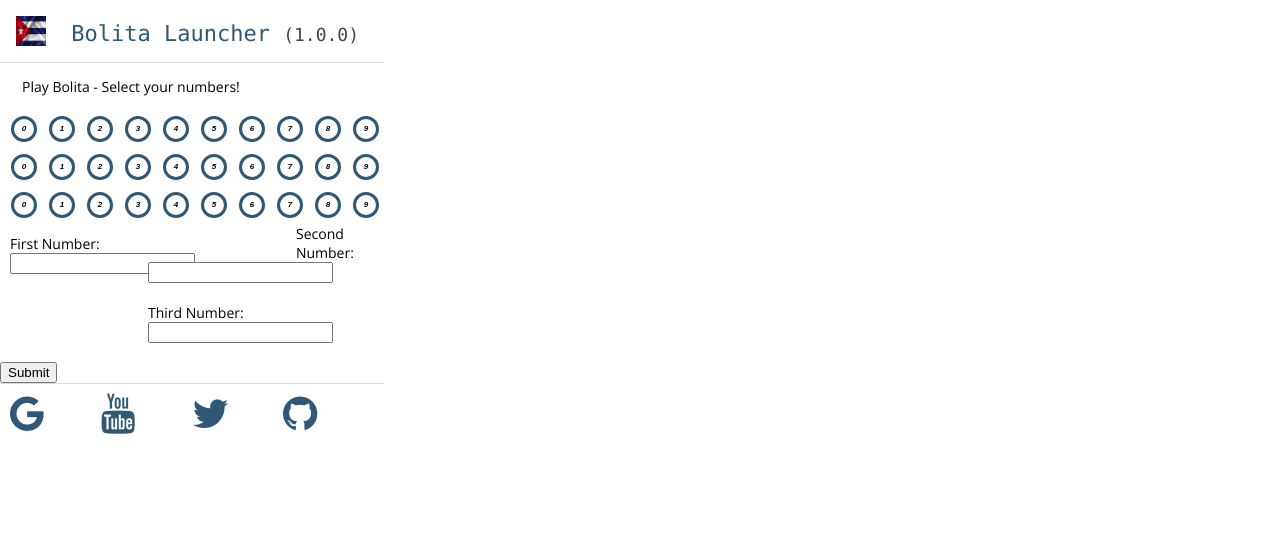
Repository: markymark617/BolitaChromeExtension
Page: popup.html
These files come from the project's save history. The page is drawn as it stood at one moment and after the next save; the edit follows.
The browser window is 1280 px wide. The pictures show the whole page.

Above is the page before, as saved 2020-09-06 14:27:19.

### popup.html
<!DOCTYPE html>
<html lang="en">
<head>
    <meta charset="UTF-8">
    <meta name="viewport" content="width=device-width, initial-scale=1.0">
    <meta http-equiv="X-UA-Compatible" content="ie=chrome">
    <title>Bolita Launcher</title>
    <link rel="stylesheet" href="https://fonts.googleapis.com/css?family=Open+Sans" type="text/css">
    <link rel="stylesheet" href="popup.css">
    <link href="https://maxcdn.bootstrapcdn.com/font-awesome/4.7.0/css/font-awesome.min.css" rel="stylesheet" integrity="sha384-wvfXpqpZZVQGK6TAh5PVlGOfQNHSoD2xbE+QkPxCAFlNEevoEH3Sl0sibVcOQVnN" crossorigin="anonymous"/>

</head>

<body>
    <div class="modal-header">
        <h1 class="logo">
            <img src="images/bolita_logo.png" alt="Bolita_Launcher_logo" class="logo-icon"> Bolita Launcher <span class="version">(1.0.0)</span>
        </h1>
    </div>
    <div class="modal-content">
        <p>Play Bolita - Select your numbers!</p>
    </div>


    <div class="ball-icons">

        <div class="flex-container paddedDiv firstBet" id="firstRow">

            <button id="first-zero" value='0' class="btnFirstBet">
                <div class="flex circle">
                    <div class="fa-stack fa-2x">
                        <i class="fa fa-stack-2x fa-inverse"></i>
                        <i class="fa-stack-1x fa-stack-text">0</i>
                    </div>
                </div>
            </button>

            <button id="first-one" value='1' class="btnFirstBet">
                <div class="flex circle">
                    <div class="fa-stack fa-2x">
                        <i class="fa fa-stack-2x fa-inverse"></i>
                        <i class="fa-stack-1x fa-stack-text">1</i>
                    </div>
                </div>
            </button>


            <button id="first-two" value='2' class="btnFirstBet">
                <div class="flex circle">
                    <div class="fa-stack fa-2x">
                        <i class="fa fa-stack-2x fa-inverse"></i>
                        <i class="fa-stack-1x fa-stack-text">2</i>
                    </div>
                </div>
            </button>


            <button id="first-three" value='3' class="btnFirstBet">
                <div class="flex circle">
                    <div class="fa-stack fa-2x">
                        <i class="fa fa-stack-2x fa-inverse"></i>
                        <i class="fa-stack-1x fa-stack-text">3</i>
                    </div>
                </div>
            </button>


            <button id="first-four" value='4' class="btnFirstBet">
                <div class="flex circle">
                    <div class="fa-stack fa-2x">
                        <i class="fa fa-stack-2x fa-inverse"></i>
                        <i class="fa-stack-1x fa-stack-text">4</i>
                    </div>
                </div>
            </button>


            <button id="first-five" value='5' class="btnFirstBet">
                <div class="flex circle">
                    <div class="fa-stack fa-2x">
                        <i class="fa fa-stack-2x fa-inverse"></i>
                        <i class="fa-stack-1x fa-stack-text">5</i>
                    </div>
                </div>
            </button>


            <button id="first-six" value='6' class="btnFirstBet">
                <div class="flex circle">
                    <div class="fa-stack fa-2x">
                        <i class="fa fa-stack-2x fa-inverse"></i>
                        <i class="fa-stack-1x fa-stack-text">6</i>
                    </div>
                </div>
            </button>


            <button id="first-seven" value='7' class="btnFirstBet">
                <div class="flex circle">
                    <div class="fa-stack fa-2x">
                        <i class="fa fa-stack-2x fa-inverse"></i>
                        <i class="fa-stack-1x fa-stack-text">7</i>
                    </div>
                </div>
            </button>


            <button id="first-eight" value='8' class="btnFirstBet">
                <div class="flex circle">
                    <div class="fa-stack fa-2x">
                        <i class="fa fa-stack-2x fa-inverse"></i>
                        <i class="fa-stack-1x fa-stack-text">8</i>
                    </div>
                </div>
            </button>


            <button id="first-nine" value='9' class="btnFirstBet">
                    <div class="flex circle">
                        <div class="fa-stack fa-2x">
                                <i class="fa fa-stack-2x fa-inverse"></i>
                                <i class="fa-stack-1x fa-stack-text">9</i>
                        </div>
                    </div>
            </button>

        </div>

<!-- second row-->

        <div class="flex-container paddedDiv secondBet" id="secondRow">

            <button id="second-zero" value='0' class="btnSecondBet">
                <div class="flex circle">
                    <div class="fa-stack fa-2x">
                        <i class="fa fa-stack-2x fa-inverse"></i>
                        <i class="fa-stack-1x fa-stack-text">0</i>
                    </div>
                </div>
            </button>

            <button id="second-one" value='1' class="btnSecondBet">
                <div class="flex circle">
                    <div class="fa-stack fa-2x">
                        <i class="fa fa-stack-2x fa-inverse"></i>
                        <i class="fa-stack-1x fa-stack-text">1</i>
                    </div>
                </div>
            </button>


            <button id="second-two" value='2' class="btnSecondBet">
                <div class="flex circle">
                    <div class="fa-stack fa-2x">
                        <i class="fa fa-stack-2x fa-inverse"></i>
                        <i class="fa-stack-1x fa-stack-text">2</i>
                    </div>
                </div>
            </button>


            <button id="second-three" value='3' class="btnSecondBet">
                <div class="flex circle">
                    <div class="fa-stack fa-2x">
                        <i class="fa fa-stack-2x fa-inverse"></i>
                        <i class="fa-stack-1x fa-stack-text">3</i>
                    </div>
                </div>
            </button>


            <button id="second-four" value='4' class="btnSecondBet">
                <div class="flex circle">
                    <div class="fa-stack fa-2x">
                        <i class="fa fa-stack-2x fa-inverse"></i>
                        <i class="fa-stack-1x fa-stack-text">4</i>
                    </div>
                </div>
            </button>


            <button id="second-five" value='5' class="btnSecondBet">
                <div class="flex circle">
                    <div class="fa-stack fa-2x">
                        <i class="fa fa-stack-2x fa-inverse"></i>
                        <i class="fa-stack-1x fa-stack-text">5</i>
                    </div>
                </div>
            </button>


            <button id="second-six" value='6' class="btnSecondBet">
                <div class="flex circle">
                    <div class="fa-stack fa-2x">
                        <i class="fa fa-stack-2x fa-inverse"></i>
                        <i class="fa-stack-1x fa-stack-text">6</i>
                    </div>
                </div>
            </button>


            <button id="second-seven" value='7' class="btnSecondBet">
                <div class="flex circle">
                    <div class="fa-stack fa-2x">
                        <i class="fa fa-stack-2x fa-inverse"></i>
                        <i class="fa-stack-1x fa-stack-text">7</i>
                    </div>
                </div>
            </button>



            <button id="second-eight" value='8' class="btnSecondBet">
                <div class="flex circle">
                    <div class="fa-stack fa-2x">
                        <i class="fa fa-stack-2x fa-inverse"></i>
                        <i class="fa-stack-1x fa-stack-text">8</i>
                    </div>
                </div>
            </button>


            <button id="second-nine" value='9' class="btnSecondBet">
                    <div class="flex circle">
                        <div class="fa-stack fa-2x">
                                <i class="fa fa-stack-2x fa-inverse"></i>
                                <i class="fa-stack-1x fa-stack-text">9</i>
                        </div>
                    </div>
            </button>

        </div>

<!--Third Row-->

        <div class="flex-container paddedDiv thirdBet" id="thirdRow">

                <button id="third-zero" value='0' class="btnThirdBet">
                    <div class="flex circle">
                        <div class="fa-stack fa-2x">
                            <i class="fa fa-stack-2x fa-inverse"></i>
                            <i class="fa-stack-1x fa-stack-text">0</i>
                        </div>
                    </div>
                </button>

                <button id="third-one" value='1' class="btnThirdBet">
                    <div class="flex circle">
                        <div class="fa-stack fa-2x">
                            <i class="fa fa-stack-2x fa-inverse"></i>
                            <i class="fa-stack-1x fa-stack-text">1</i>
                        </div>
                    </div>
                </button>


                <button id="third-two" value='2' class="btnThirdBet">
                    <div class="flex circle">
                        <div class="fa-stack fa-2x">
                            <i class="fa fa-stack-2x fa-inverse"></i>
                            <i class="fa-stack-1x fa-stack-text">2</i>
                        </div>
                    </div>
                </button>


                <button id="third-three" value='3' class="btnThirdBet">
                    <div class="flex circle">
                        <div class="fa-stack fa-2x">
                            <i class="fa fa-stack-2x fa-inverse"></i>
                            <i class="fa-stack-1x fa-stack-text">3</i>
                        </div>
                    </div>
                </button>


                <button id="third-four" value='4' class="btnThirdBet">
                    <div class="flex circle">
                        <div class="fa-stack fa-2x">
                            <i class="fa fa-stack-2x fa-inverse"></i>
                            <i class="fa-stack-1x fa-stack-text">4</i>
                        </div>
                    </div>
                </button>


                <button id="third-five" value='5' class="btnThirdBet">
                    <div class="flex circle">
                        <div class="fa-stack fa-2x">
                            <i class="fa fa-stack-2x fa-inverse"></i>
                            <i class="fa-stack-1x fa-stack-text">5</i>
                        </div>
                    </div>
                </button>


                <button id="third-six" value='6' class="btnThirdBet">
                    <div class="flex circle">
                        <div class="fa-stack fa-2x">
                            <i class="fa fa-stack-2x fa-inverse"></i>
                            <i class="fa-stack-1x fa-stack-text">6</i>
                        </div>
                    </div>
                </button>


                <button id="third-seven" value='7' class="btnThirdBet">
                    <div class="flex circle">
                        <div class="fa-stack fa-2x">
                            <i class="fa fa-stack-2x fa-inverse"></i>
                            <i class="fa-stack-1x fa-stack-text">7</i>
                        </div>
                    </div>
                </button>



                <button id="third-eight" value='8' class="btnThirdBet">
                    <div class="flex circle">
                        <div class="fa-stack fa-2x">
                            <i class="fa fa-stack-2x fa-inverse"></i>
                            <i class="fa-stack-1x fa-stack-text">8</i>
                        </div>
                    </div>
                </button>


                <button id="third-nine" value='9' class="btnThirdBet">
                        <div class="flex circle">
                            <div class="fa-stack fa-2x">
                                    <i class="fa fa-stack-2x fa-inverse"></i>
                                    <i class="fa-stack-1x fa-stack-text">9</i>
                            </div>
                        </div>
                </button>

            </div>








    </div>




    <div class="modal-output">

            <form action="results.html" method="GET">
                <div class="row">
                    <div class="column">
                        <label for="firstBetInput">First Number:</label><br>
                        <input type="text" id="firstBetInput" name="firstBetInput"><br><br>
                    </div>
                    <div class="column"></div>
                        <label for="secondBetInput">Second Number:</label>
                        <input type="text" id="secondBetInput" name="secondBetInput"><br><br>
                    </div>
                    <div class="column"></div>
                        <label for="thirdBetInput">Third Number:</label>
                        <input type="text" id="thirdBetInput" name="thirdBetInput"><br><br>
                    </div>
                </div>

                    <input type="submit" value="Submit">
            </form>
        </div>

    <div class="modal-icons">
        <div class="flex-container">
            <div class="flex">
                <a href="https://www.google.com" target="_blank">
                    <i class="fa fa-google"></i>
                </a>
            </div>

            <div class="flex">
                <a href="https://www.youtube.com" target="_blank">
                    <i class="fa fa-youtube"></i>
                </a>
            </div>

            <div class="flex">
                <a href="https://www.twitter.com" target="_blank">
                    <i class="fa fa-twitter"></i>
                </a>
            </div>

            <div class="flex">
                <a href="https://www.github.com" target="_blank">
                    <i class="fa fa-github"></i>
                </a>
            </div>
        </div>
    </div>








    <script src="popup.js"></script>
</body>
</html>

### popup.css

    html,
    body {
        font-family : 'Open Sans', sans-serif;
        font-size: 14px;
        margin: 0;
        min-height: 180px;
        padding: 0;
        width: 384px;
    }

    h1 {
        font-family: 'Menlo', monospace;
        font-size: 22px;
        font-weight: 400;
        margin: 0;
        color: #2f5876;
    }

    a:link, a:visited {
        color: #000;
        outline: 0;
        text-decoration: none;
    }

    img {
        width: 30px;

    }

    .modal-header {
        align-items: center;
        border-bottom: 0.5px solid #dadada;
    }

    .modal-content {
        padding: 0 22px;
        align-items: center;
    }

    .modal-icons {
        border-top: 0.5px solid #dadada;
        height: 50px;
        width: 100%;
    }

    .logo {
        padding: 16px;
    }

    .logo-icon {
        vertical-align: text-bottom;
        margin-right: 12px;
    }

    .version {
        color: #444;
        font-size: 18px;
    }

    .flex-container {
        display: flex;
        justify-content: space-between;
        padding: 10px 10px;
    }

    .flex {
        opacity: 1;
        transition: opacity 0.2s ease-in-out;
        width: 120px
    }

    .flex:hover {
        opacity: 0.4;
    }

    .flex .fa {
        font-size: 40px;
        color: #2f5876;
    }

    .fa-stack-text {
        font-size: 8px;
        border:none;
        align-items: center;
        font-weight:bold;
    }

    .circle {
        display: flex;
        border: 3px solid #2f5876;
        border-radius: 100%;
        width: 20px;
        height: 20px;
        justify-content: center;
        align-items: center;

    }

    button {
        background: transparent;
        border:0;
        outline:none;

    }

    .paddedDiv {
        padding: 5px;
    }

    .column {
        float: left;
        width: 33.33%;
        padding: 10px;
      }

      /* Clear floats after the columns */
      .row:after {
        content: "";
        display: table;
        clear: both;
      }

      .input {
          font-size:25px;
      }

### popup.js

document.querySelectorAll(".btnFirstBet").forEach(item => {
    item.addEventListener('click', event => {
        //handle click


        document.querySelectorAll(".btnFirstBet").forEach(item => {

                item.classList.remove("active");
                item.style.opacity=1;

        })

        item.style.opacity= 0.4;
        item.classList.add("active");

        //only 1 can be active at any given time

    })
});


document.querySelectorAll(".btnSecondBet").forEach(item => {
    item.addEventListener('click', event => {
        //handle click


        document.querySelectorAll(".btnSecondBet").forEach(item => {

                item.classList.remove("active");
                item.style.opacity=1;

        })

        item.style.opacity= 0.4;
        item.classList.add("active");

        //only 1 can be active at any given time

    })
});


document.querySelectorAll(".btnThirdBet").forEach(item => {
    item.addEventListener('click', event => {
        //handle click


        document.querySelectorAll(".btnThirdBet").forEach(item => {

                item.classList.remove("active");
                item.style.opacity=1;

        })

        item.style.opacity= 0.4;
        item.classList.add("active");

        //only 1 can be active at any given time

    })
});



/*


[document.querySelectorAll(".firstBet"), document.querySelector('.btnFirstBet')].forEach(item => {
    item.addEventListener('click', event => {
        //handle click
        item.style.opacity= 0.4;
        item.addClass("active");
    })
});


var elements = document.getElementsByClassName(".btnFirstBet");

[].forEach.call(elements, function(currElement) {
    currElemen
    currElement.style.opacity= 0.4;
    currElement.classList.add("active");
    console.log(currElement.tagName);
});


document.getElementsByClassName(".btnFirstBet").forEach(item => {
    item.addEventListener('click', event => {
        //handle click
        item.style.opacity= 0.4;
       // element.classList.add("active");
    })
})










var elements = document.querySelectorAll('.btnFirstBet');
for (var i = 0; i < elements.length; i++) {
    elements[i].classList.remove("active");
    elements[i].onclick = function (event) {
        console.log("ONCLICK");
        //remove all active class
        removeClass();
        if (event.elements[i].innerHTML === this.innerHTML) {
            console.log("IN IF");
            this.classList.add("active");
        }
    }
}

function removeClass(){
  for (var i = 0; i < elements.length; i++) {
    elements[i].classList.remove("active");
  }
}








*/

After the next save:
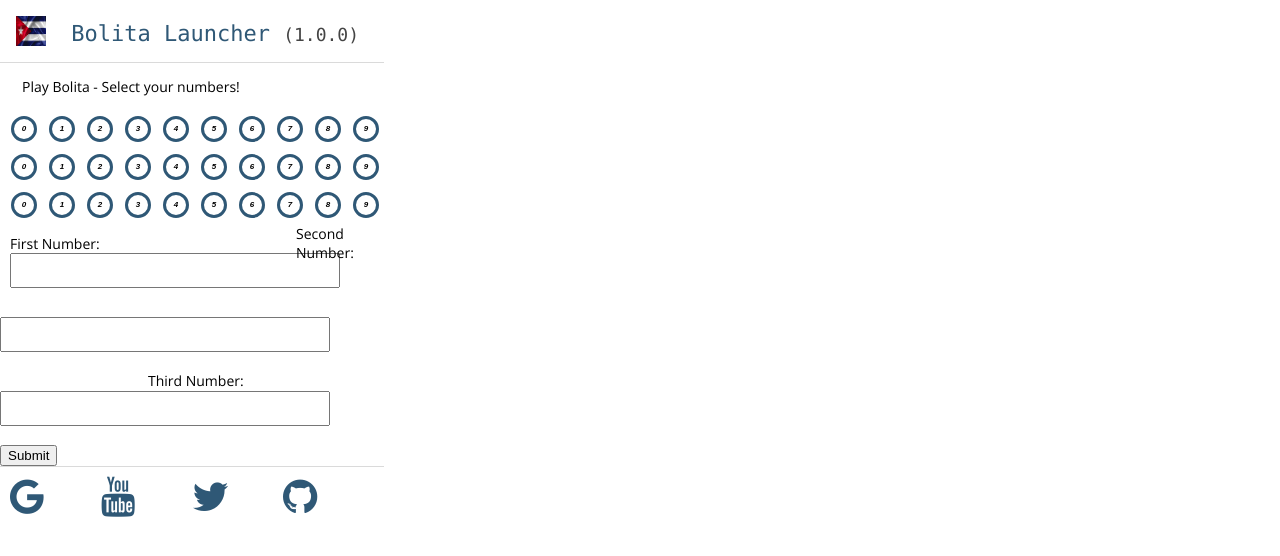
Saved 18 s later.
--- a/popup.css
+++ b/popup.css
@@ -121,6 +121,6 @@
         clear: both;
       }
 
-      .input {
-          font-size:25px;
-      }
+      input[type="text"] {
+        font-size:25px;
+    }
